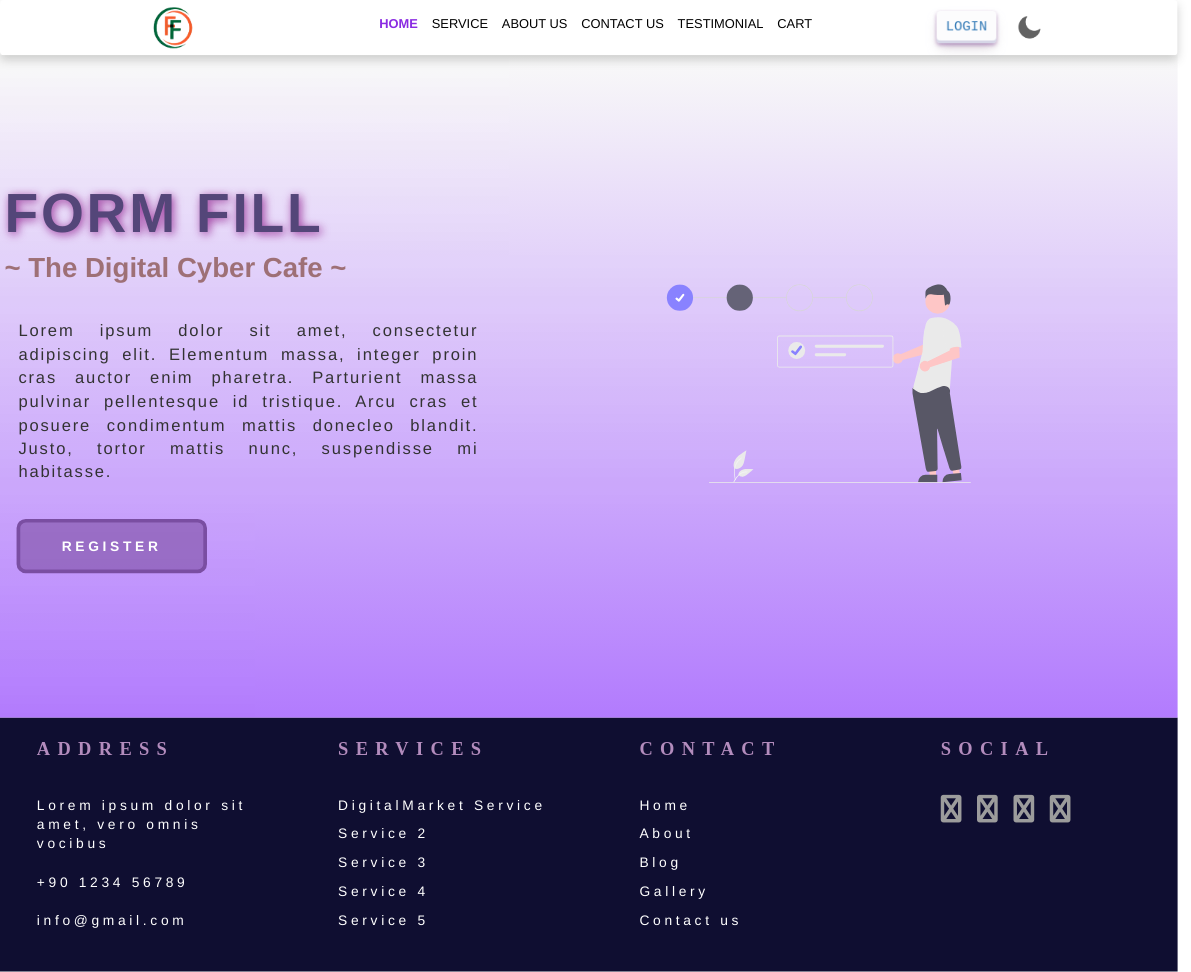
Repository: codervivek5/Formfil
Page: index.html
An editor plug-in stored every save of this project. The page is shown before and after the next save, followed by the edit.
The browser window is 1280 px wide. The page is 1295 px wide, so the pictures cover 1295 px, including what lies to the right of the window. The pictures show the whole page, at 92% of full size.
Some web fonts or font styles are not loaded; a fallback is used.

Above is the page before, as saved 2023-03-04 20:59:28.

### index.html
<!DOCTYPE html>
<html lang="en">

<head>
	<meta charset="UTF-8" />
	<meta http-equiv="X-UA-Compatible" content="IE=edge" />
	<meta name="viewport" content="width=device-width, initial-scale=1.0" />
	<title>Home-FormFil</title>
	<link rel="stylesheet" href="style/style.css" />
     <link rel="stylesheet" href="style/theme.css">

	<link rel="stylesheet" href="https://maxcdn.bootstrapcdn.com/bootstrap/3.4.1/css/bootstrap.min.css">
	<script src="https://ajax.googleapis.com/ajax/libs/jquery/3.6.0/jquery.min.js"></script>
     <script src="https://maxcdn.bootstrapcdn.com/bootstrap/3.4.1/js/bootstrap.min.js"></script>

	<link rel="stylesheet" href="https://fonts.googleapis.com/css?family=Trirong" />
	<link rel="icon" type="image/x-icon" href="./img/crop_logo.png" />
	<link rel="stylesheet" href="https://cdnjs.cloudflare.com/ajax/libs/font-awesome/6.2.1/css/all.min.css">
</head>

<body>

    <div class="loader">
          <img class= "imgload" src="img/logo.png"  alt="">
     </div>

     <header class="navbar">
      <a href="index.html"><img class="logo" src="img/logo.png" width="100px" height="100px" /></a>

      <div class="navbar-opt">
        <ul class="navbar-list">
          <li><a href="index.html" class="nav-link active">HOME</a></li>
          <li><a href="pages/service.html" class="nav-link">SERVICE </a></li>
          <li><a href="pages/about_us.html" class="nav-link">ABOUT US </a></li>
          <li><a href="pages/contact-us.html" class="nav-link">CONTACT US </a></li>
          <li><a href="pages/testimonial.html" class="nav-link">TESTIMONIAL</a></li>
          <li><a href="pages/cart.html" class="nav-link">CART</a></li>
        </ul>
      </div>

      <div class="fixed-buttons">
        <button><a href="pages/login.html" class="lgn">LOGIN</a></button>
        <img src="img/moon.png" id="icon">
      </div>

      <div class="mobile-menu">
        <ion-icon name="menu-outline" class="menu-icon"></ion-icon>
        <ion-icon name="close-outline" class="menu-icon"></ion-icon>
      </div>

     </header>

	<div class="main">

		<div class="container">
			<div class="content">
				<h1>FORM FILL</h1>
				<h2>~ The Digital Cyber Cafe ~</h2>
				<p class="para">
					Lorem ipsum dolor sit amet, consectetur adipiscing elit.
          Elementum massa, integer proin cras auctor enim pharetra.
					Parturient massa pulvinar pellentesque id tristique.
          Arcu cras et posuere condimentum mattis donecleo blandit.
          Justo, tortor mattis nunc, suspendisse mi habitasse.
				</p>
				<div class="btn">
					<a href="pages/signup.html"> <button class="btn1 button">REGISTER</button></a>
				</div>
			</div>
			<div class="shipp">
				<img src="img/svg.svg" />
        <!-- <img src="img/formfilSvg.svg" /> -->
			</div>
		</div>
	</div>

<!-- footer section -->
<footer>
    <div>
        <div class="row">
            <div class="col-lg-3 col-md-5 col-sm-4 col-xs-12">
                <ul class="adress">
                     <span>Address</span>
                     <li>
                        <p>Lorem ipsum dolor sit amet, vero omnis vocibus</p>
                      </li>

                      <li>
                        <p>+90 1234 56789</p>
                      </li>

                      <li>
                        <p>info@gmail.com</p>
                      </li>
                 </ul>
            </div>
            <div class="col-lg-3 col-md-5 col-sm-4 col-xs-12">
               <ul class="service">
                    <span>Services</span>
                    <li>
                       <a href="#">DigitalMarket Service</a>
                     </li>

                     <li>
                        <a href="#">Service 2</a>
                     </li>

                     <li>
                       <a href="#">Service 3</a>
                     </li>

                     <li>
                        <a href="#">Service 4 </a>
                     </li>

                     <li>
                       <a href="#">Service 5</a>
                    </li>
               </ul>
           </div>
            <div class="col-lg-3 col-md-3 col-sm-4 col-xs-12">
                <ul class="contact">
                     <span>Contact</span>
                     <li>
                        <a href="index.html">Home</a>
                      </li>

                      <li>
                         <a href="pages/about_us.html">About</a>
                      </li>

                      <li>
                        <a href="#">Blog</a>
                      </li>

                      <li>
                         <a href="#">Gallery </a>
                      </li>

                      <li>
                        <a href="pages/contact-us.html">Contact us</a>
                     </li>
                </ul>
            </div>

            <div class="col-lg-3 col-md-3 col-sm-4 col-xs-12">
               <ul class="social">
                    <span>Social</span>
                    <li>
                         <a href="https://www.facebook.com/codervivek"  target="_blank"><i class="fa fa-facebook fa-2x"></i></a>
                    </li>

                    <li>
                         <a href="https://github.com/codervivek5" target="_blank"><i class="fa fa-github fa-2x"></i></a>
                    </li>

                    <li>
                         <a href="https://www.linkedin.com/in/codervivek/" target="_blank"><i class="fa fa-linkedin fa-2x"></i></a>
                    </li>

                    <li>
                         <a href="https://twitter.com/codervivek5" target="_blank"><i class="fa fa-twitter fa-2x"></i></a>
                    </li>

                    <li>
                         <a href="https://www.youtube.com/codervivek" target="_blank"><i class="fa fa-youtube-play fa-2x"></i></a>
                   </li>
                  </ul>
            </div>
       </div>
    </div>
    <button class="back-to-top hidden">
     <svg
     xmlns="http://www.w3.org/2000/svg"
     class="back-to-top-icon"
     fill="none"
     viewBox="0 0 24 24"
     stroke="currentColor"
   >
     <path
       stroke-linecap="round"
       stroke-linejoin="round"
       stroke-width="2"
       d="M7 11l5-5m0 0l5 5m-5-5v12"
     />
   </svg></button>
</footer>


<script>

     // Javascript Code for Dark Mode Switch
	var icon = document.getElementById("icon");
	icon.onclick = function(){
		document.body.classList.toggle("dark-mode");
		if (document.body.classList.contains("dark-mode")){
			icon.src="img/sun.png";
		}
		else {
			icon.src="img/moon.png";
		}
	}
  //javascript for loader
  $(document).ready(function() {
      // Animate loader off screen
   setTimeout(function() {
    $(".loader").fadeOut("slow");
   }, 0);
  });
      // Javascript Code for Scroll to top Button
      const showOnPx = 100;
      const backToTopButton = document.querySelector(".back-to-top")

     const scrollContainer = () => {
       return document.documentElement || document.body;
      };

 document.addEventListener("scroll", () => {
   if (scrollContainer().scrollTop > showOnPx) {
     backToTopButton.classList.remove("hidden")
   } else {
     backToTopButton.classList.add("hidden")
   }
 })
 const goToTop = () => {
   document.body.scrollIntoView({
     behavior: "smooth",
   });
 };
 backToTopButton.addEventListener("click", goToTop);

 const mobile_nav= document.querySelector('.mobile-menu');
const nav_header= document.querySelector(".navbar");

const toggleNav = () =>{
  nav_header.classList.toggle("switchOn");
}

mobile_nav.addEventListener('click', () => toggleNav());

</script>
<script type="module" src="https://unpkg.com/ionicons@5.5.2/dist/ionicons/ionicons.esm.js"></script>
<script nomodule src="https://unpkg.com/ionicons@5.5.2/dist/ionicons/ionicons.js"></script>
</body>
</html>

### style/style.css
@import url('https://fonts.googleapis.com/css2?family=Tilt+Prism&display=swap');

body{
	margin:0;
	padding:0;
	background:black;
font-family: 'Times New Roman', Times, serif;
overflow-x: hidden;
}
.main{
	position: relative;
	height:100%;
	width:100%;
	/* background:linear-gradient(rgba(244, 245, 243, 0.712),#7b378ec4); */
	background-position: center;
	background-repeat: no-repeat;
	background-size: cover;
	opacity: 0.8;

}
.navbar{
    padding: 0 !important;
    padding: 0 3rem;
    height: 6rem;
    display: flex;
    justify-content: space-between;
    align-items: center;
    margin-bottom: 0 !important;
    box-shadow: 0px 5px 10px #48464640 !important;
    z-index: 999;
}

.navbar-opt{
    transition: all 0.5s;
  }

  .navbar-list{
    display: flex;
    gap: 1.5rem;
    list-style: none;
  }

  .fixed-buttons{
    display: flex;
    justify-content: center;
    align-items: center;
    column-gap: 1rem;
  }

  .active{
    font-weight: 700 !important;
  }

  .nav-link:link,
.nav-link:visited {
  display: inline-block;
  text-decoration: none;
  color: black;
}

.mobile-menu{
  display: none;
  background: transparent;
  cursor: pointer;
}

.menu-icon{
  width: 3.2rem;
  height: 3.2rem;
  z-index: 1000;
}

.menu-icon[name="close-outline"]{
  display: none;
}

.fixed-buttons button{
  align-items: center;
  appearance: none;
  background-color: #FCFCFD;
  border-radius: 4px;
  border-width: 0;
  box-shadow: #7b378e7b 0 2px 4px,#c1b6c4a8 0 7px 13px -3px,#D6D6E7 0 -3px 0 inset;
  box-sizing: border-box;
  color: #36395A;
  cursor: pointer;
  display: inline-flex;
  font-family: "JetBrains Mono",monospace;
  height: 3.5rem;
  justify-content: center;
  line-height: 1;
  list-style: none;
  overflow: hidden;
  padding-left: 1rem;
  padding-right: 1rem;
  position: relative;
  text-align: left;
  text-decoration: none;
  transition: box-shadow .15s,transform .15s;
  user-select: none;
  -webkit-user-select: none;
  touch-action: manipulation;
  white-space: nowrap;
  will-change: box-shadow,transform;
  font-size: 1.5rem;
}

.fixed-buttons button:focus {
    box-shadow: #D6D6E7 0 0 0 1.5px inset, rgba(45, 35, 66, 0.4) 0 2px 4px, rgba(45, 35, 66, 0.3) 0 7px 13px -3px, #D6D6E7 0 -3px 0 inset;
  }

  .fixed-buttons button:hover {
    box-shadow: rgba(45, 35, 66, 0.4) 0 4px 8px, rgba(45, 35, 66, 0.3) 0 7px 13px -3px, #D6D6E7 0 -3px 0 inset;
    transform: translateY(-2px);
  }

  .fixed-buttons button:active {
    box-shadow: #D6D6E7 0 3px 7px inset;
    transform: translateY(2px);
  }

@media (max-width:1220px){
    .navbar-list{
      gap: 0.3rem;
    }
  }

  @media (max-width:1030px){
    .mobile-menu{
      display: block;
    }

    .navbar{
      padding: 0 1rem;
      position: relative;
    }

    .navbar-opt{
      width: 100vw;
      height: 100vh;
      background-color: #484646dd;
      position: absolute;
      top: 0;
      left: 0;
      display: flex;
      justify-content: center;
      /* transform: translateY(100%); */
      transition: all 0.5s linear;
      opacity: 0;
      visibility: hidden;
      pointer-events: none;
    }

    .navbar-list{
      flex-direction: column;
      align-items: center;
      justify-content: center;
      font-size: 1.7rem;
      font-weight: 500;
    }

    .switchOn .navbar-opt{
      opacity: 1;
      visibility: visible;
      pointer-events: auto;
    }

    .switchOn .mobile-menu .menu-icon[name="close-outline"]{
      display: block;
    }

    .switchOn .mobile-menu .menu-icon[name="menu-outline"]{
      display: none;
    }

  }

  .nav-link:hover{
    color: grey !important;
  }

    /* ____________________________________________________________________________________________________________ */

.container{
    display: flex;
    justify-content: space-between;
    align-items: center;
    position: relative;
    top: 20vh;
    padding: 0px 25px;
}
.shipp{
  padding-left: 50px;
}
.shipp img{
    width: 60vh;
}
.content{
  display: flex;
  flex-direction: column;
  margin-left: -110px;
}
.content h1{
    color: #2a1958;
    text-shadow: 2px 2px 10px purple;
    font-size: 6rem;
    letter-spacing: 3px;
    margin-top: -5px;
    font-weight: bold;
}
.content h2{
  color: rgba(0, 0, 0, 0.87);
	width:100%;
  font-weight: bold;
  margin-top: -1px;
}
.content .para{
  color: black;
	width:100%;
  text-align: justify;
  font-size: 18px;
  margin-top: 30px;
  padding-left: 60px;
  letter-spacing: 2px;

}
.content .btn{
  text-align: left;
  margin-left: 45px;
  margin-top: 20px;
}
.content button{
    padding: 15px 45px;
    border-radius: 10px;
    border: none;
    background-color: rgba(90, 34, 139,0.6) !important;
    border: 4px solid rgba(90, 34, 139);
    color: white !important;
    font-weight: bold !important;
    letter-spacing: 4px;
    font-size: 15px !important;
    transition: transform .2s;
}
.btn1:hover{
  transform: scale(1.15);
  background-color: rgba(90, 34, 139,0.2) !important;
  color: white !important;
}

@media only screen and (max-width: 1300px){
    .shipp img{
      width: 50vw;
      height: 30vh;
  }
  }

  @media only screen and (max-width: 500px){
    .container{
      display: flex;
      flex-direction: column;
      padding: 0 !important;
      margin: 0 !important;
    }
    .content{
      width: 100vw;
      display: flex;
      flex-direction: column;
      justify-content: center;
      align-items: center;
      padding: 0 !important;
      margin: 0 !important;
    }
    .shipp img{
      width: 50vw;
      height: 40vh;
  }
  .content h1{
    font-size: 3rem;
  }
  .content h2{
    font-size: 2rem;
  }
  .content .para{
    font-size: 1.5rem;
  }
  }
/* footer */
footer{
     background-color: #0f0e31;
     padding:20px 0px;
     z-index: 1;
}

footer ul li{
    padding:5px 0px;
}

.adress span , .contact span , .social span, .service span{
   color: #FFF;
   font-weight: 800;
   padding-bottom: 10px;
   margin-bottom: 20px;
   display: block;
   text-transform: uppercase;
   font-size: 20px;
   letter-spacing: 3px;
}

.adress li p , .contact li a , .social li a, .service li a{
    color:#FFF;
    letter-spacing: 2px;
    text-decoration:none;
    font-size:15px;
    font-style: sans-serif;
}

.social li{
    float:left;
}

.adress , .contact , .social , .service{
    list-style: none;
}

.fa{
    color:#9c9c9c;
    margin-right: 15px;
    font-size:24px;
}
.service span{
    letter-spacing: 8px;
    font-family:'Tilt Prism', cursive;
    color:rgb(179,140,189);
}
.contact span{
    letter-spacing: 8px;
    font-family: 'Tilt Prism', cursive;
    color:rgb(179,140,189);

}
.adress span{
    letter-spacing: 8px;
    font-family:'Tilt Prism', cursive;
    color:rgb(179,140,189);
}
.social span{
    letter-spacing: 8px;
    font-family:'Tilt Prism', cursive;
    color:rgb(179,140,189);
}
.service a{
    letter-spacing: 4px !important;
    position: relative;
    transition: all 0.5s ease;
    -webkit-transition: all 0.5s ease;
}
.service a:hover {
    color: rgb(137,130,255) !important;
    transition: all 1s ease;
    -webkit-transition: all 1s ease;
}

 .service a:before, .service a:after {
  content: '';
  position: absolute;
  width: 0%;
  height: 1px;
  bottom: -1px;
  background:rgb(204,214,246);
}

.imgload{
	height: 25%;
	width: 15%;

}
.loader{
    position: fixed;
    z-index: 1;
    top: 0;
    left: 0;
    background: #7b378ec4;
    height: 100%;
    width: 100%;
    display: flex;
    justify-content: center;
    align-items: center;
  }

  .loader.hidden{
    animation: fadeOut 2s forwards;
  }
  @keyframes fadeOut {
    100%{
      opacity: 100%;
      visibility: hidden;
    }
  }



.adress p{
    letter-spacing: 4px !important;
    position: relative;
    transition: all 0.5s ease;
    -webkit-transition: all 0.5s ease;
}
.adress p:hover {
    color: rgb(14, 214, 3) !important;
    transition: all 1s ease;
    -webkit-transition: all 1s ease;
}
.contact a{
    letter-spacing: 4px !important;
    position: relative;
    transition: all 0.5s ease;
    -webkit-transition: all 0.5s ease;
}
.contact a:hover {
    color: rgb(212, 1, 227) !important;
    transition: all 1s ease;
    -webkit-transition: all 1s ease;
}
.social i{
    position: relative;
}
.social i:hover {
    color: rgb(15, 3, 252) !important;
    transition: all 1s ease;
    -webkit-transition: all 1s ease;
}
.back-to-top {
    position: fixed;
    right: 2rem;
    bottom: 2rem;
}
.hidden {
    display: none;
        opacity: 0%;

  }
.back-to-top {
    position: fixed;
    right: 2rem;
    bottom: 2rem;
    border-radius: 100%;
    background: gray;
    padding: 1.5rem;
    border: none;
    cursor: pointer;
    opacity: 100%;
    transition: opacity 0.5s;
  }
  .back-to-top-icon {
    width: 2rem;
    height: 2rem;
    color: white;
  }
  .back-to-top:hover {
    opacity: 60%;
  }

.footerpart{
	text-align: center;
}







    /* ____________________________________________________________________________________________________________ */

### style/theme.css
:root{
	--color--main: linear-gradient(rgba(244, 245, 243, 0.712),rgb(159, 90, 253));
	--color--footer: rgb(119, 5, 100);
	--color--h1: #2a1958;
	--color--h2: rgba(122, 60, 60, 0.87);
	--color--p: black;
	--color--btn: #2a1958;
	--color--nav: black;
	--color--nav_before:#2a1958;
	--color--customnav: white;
}
.dark-mode{
	--color--main: linear-gradient(#4b075ac4,rgba(28, 1, 41, 0.712));
	--color--footer: rgb(65, 3, 55);
	--color--h1: rgb(255, 255, 255);
	--color--h2: rgb(233, 233, 233);
	--color--p: white;
	--color--btn: #130735;
	--color--nav: rgb(215, 244, 248);
	--color--nav_before:rgb(215, 244, 248);
	--color--customnav: rgb(174, 147, 180);
}
#icon{
	width: 30px;
	cursor: pointer;
	margin: 10px;
}
.main{
	position: relative;
	height:100vh;
	width:100%;
	background:var(--color--main);
	background-position: center;
	background-repeat: no-repeat;
	background-size: cover;
	opacity: 0.8;
}
.navbar{
	background-color: var(--color--customnav);
}

.nav-link{
	color: var(--color--p) !important;
}

.active{
	color: blueviolet !important;
}
.content h1{
    color:var(--color--h1);
margin-left: 8%;
}
.content h2{
    color: var(--color--h2);
    margin-left: 8%;
}
.content .para{
    color: var(--color--p);
}
.content .btn1 {
    background-color: var(--color--btn);
    color:honeydew;

}
.footer{
	background-color:var(--color--footer);
	display: block;
	justify-content: center;
	align-items: center;
	width: 100%;
	height: 40vh;

}

After the next save:
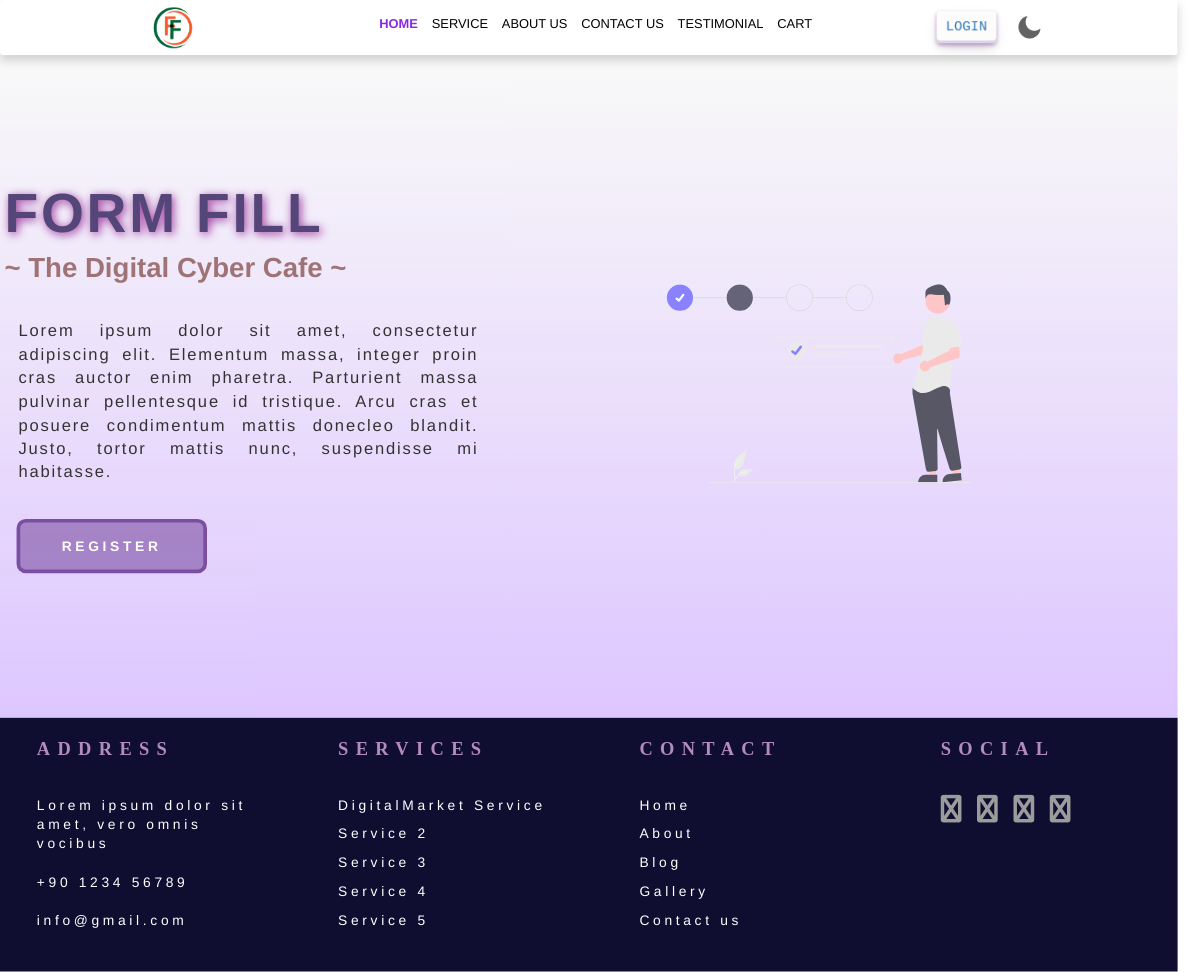
Saved 49 s later.
--- a/style/theme.css
+++ b/style/theme.css
@@ -1,5 +1,5 @@
 :root{
-	--color--main: linear-gradient(rgba(244, 245, 243, 0.712),rgb(159, 90, 253));
+	--color--main: linear-gradient(rgba(244, 245, 243, 0.712),rgb(213, 184, 255));
 	--color--footer: rgb(119, 5, 100);
 	--color--h1: #2a1958;
 	--color--h2: rgba(122, 60, 60, 0.87);

After the save that followed:
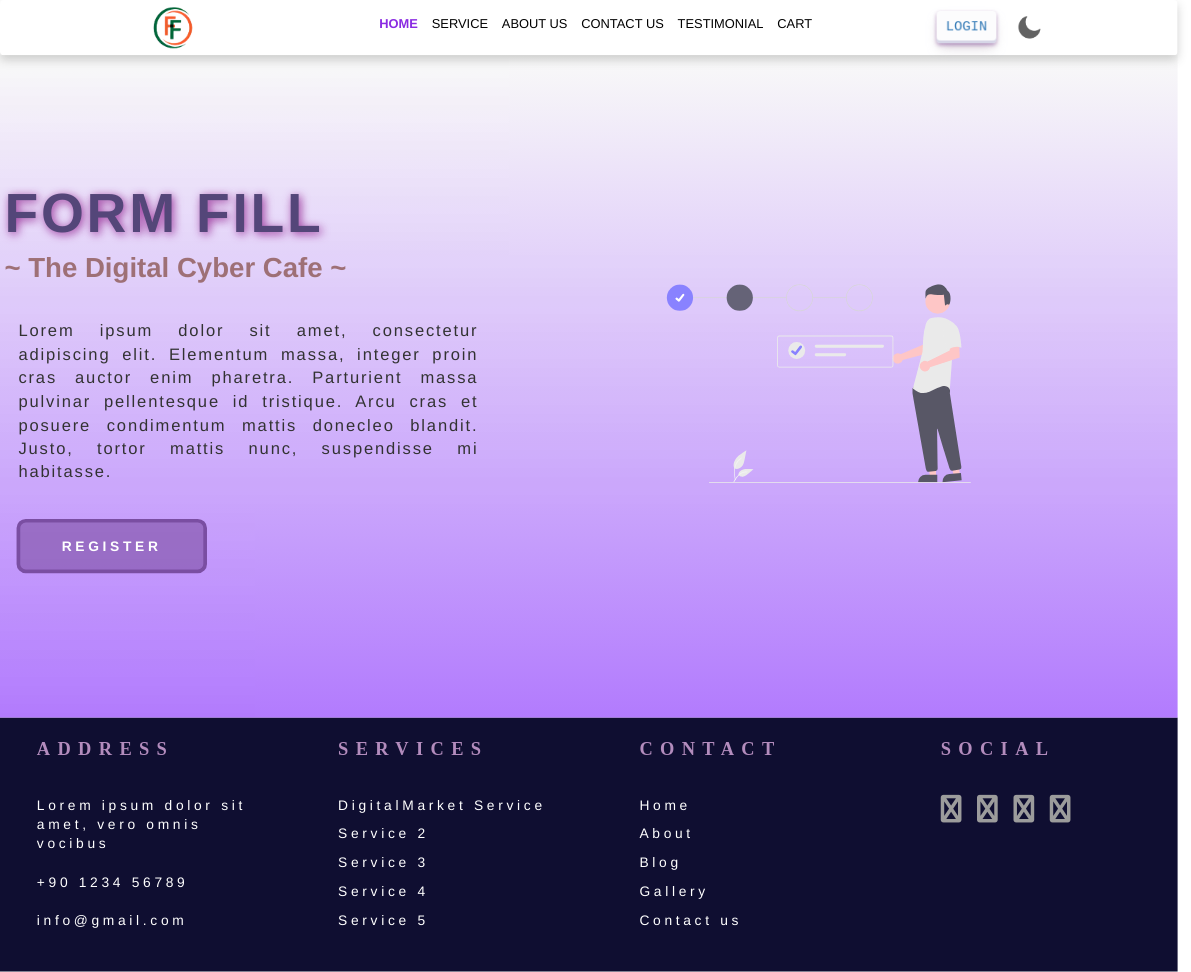
Saved 24 s later.
--- a/style/theme.css
+++ b/style/theme.css
@@ -1,5 +1,5 @@
 :root{
-	--color--main: linear-gradient(rgba(244, 245, 243, 0.712),rgb(213, 184, 255));
+	--color--main: linear-gradient(rgba(244, 245, 243, 0.712),rgb(159, 90, 253));
 	--color--footer: rgb(119, 5, 100);
 	--color--h1: #2a1958;
 	--color--h2: rgba(122, 60, 60, 0.87);
